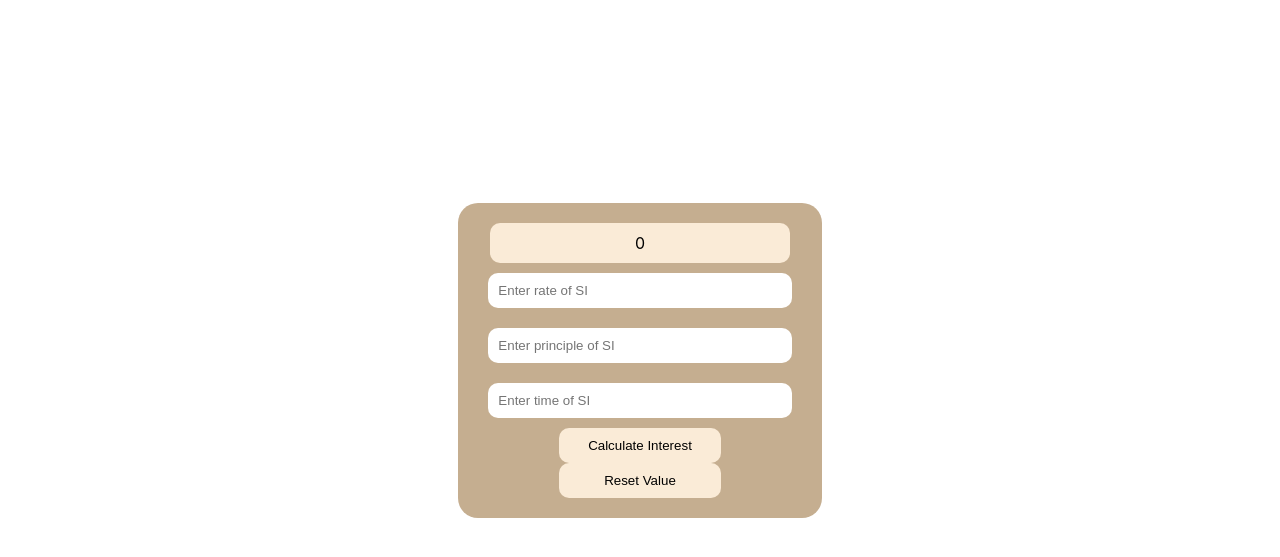
Repository: purnimapatel/SI-calculator
Page: /
These files come from the project's save history. The page is drawn as it stood at one moment and after the next save; the edit follows.
The browser window is 1280 px wide. The pictures show the whole page.
The project was rebuilt for these pictures with package versions that can differ from the ones it lists, and the page was loaded fresh each time.

Above is the page before, as saved 2024-08-26 12:13:09.

After the next save:
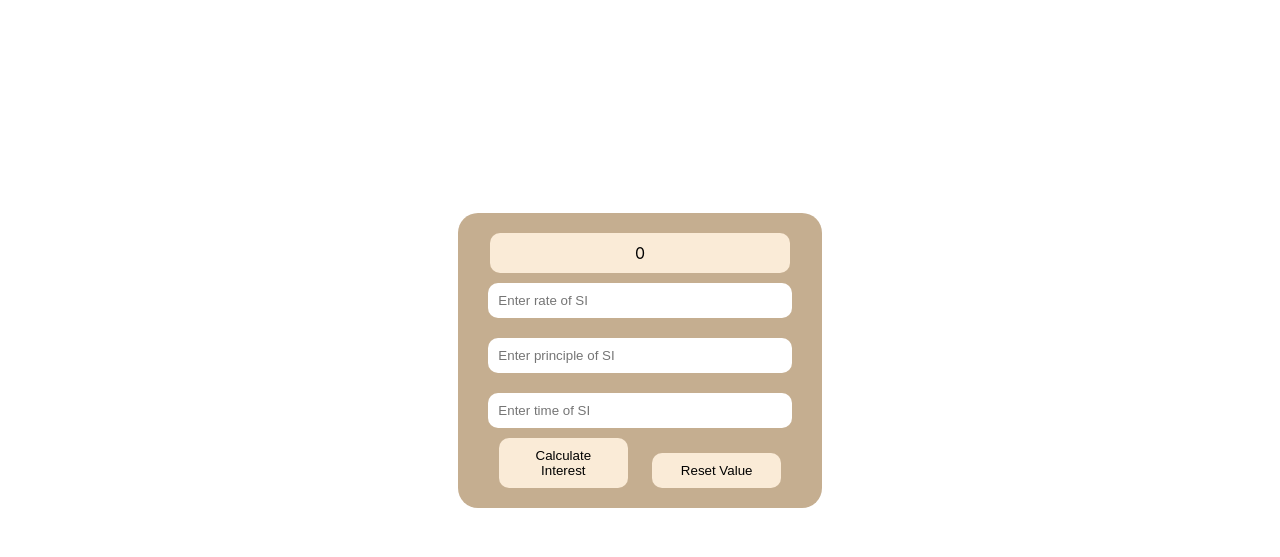
Saved 11 s later.
--- a/src/App.css
+++ b/src/App.css
@@ -54,7 +54,7 @@ input[type=number] {
   border:none;
   border-radius: 10px;
   background-color:antiquewhite;
-  width:50%;
+  width:40%;
 }
 .btn:hover{
   background-color:rgb(205, 214, 174);
